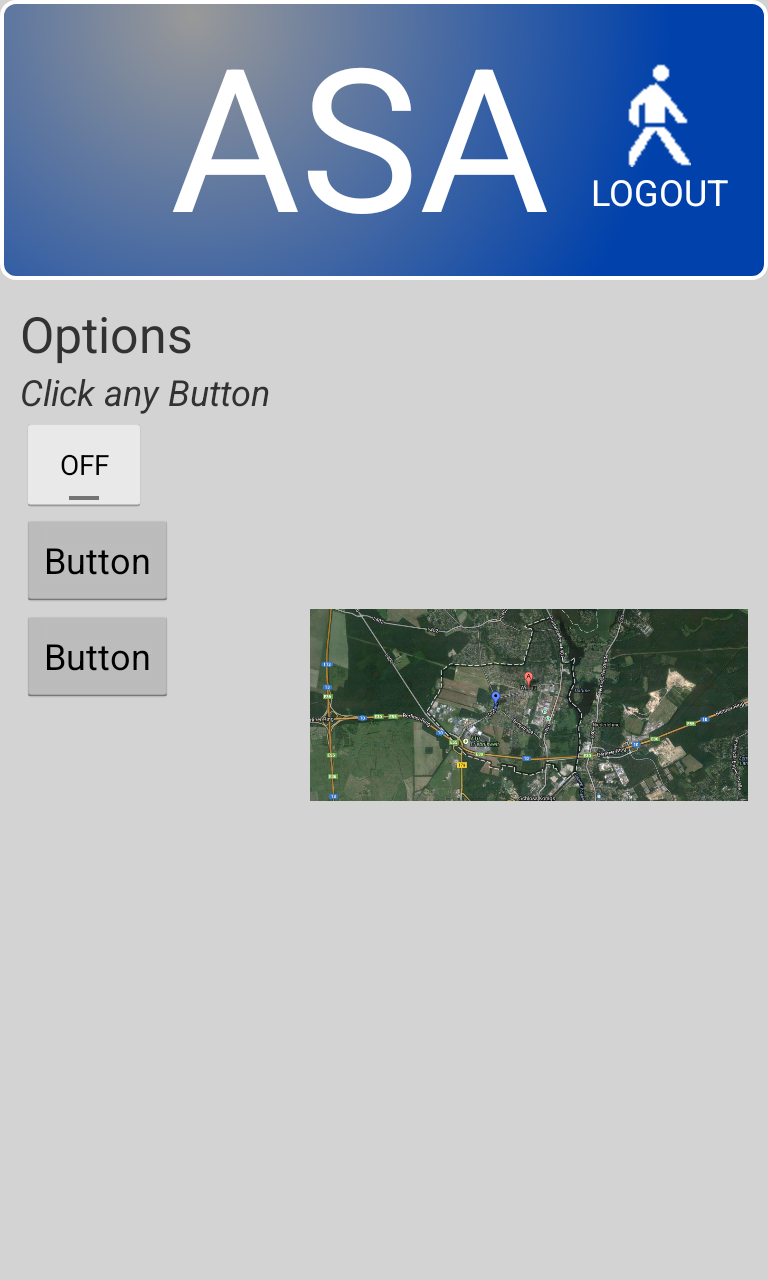
Repository: vinnare89/ASA
Layout: ASA/res/layout/asa_layout.xml
An editor plug-in stored every save of this project. The layout is shown before and after the next save, followed by the edit.
It is drawn on a 768 x 1280 px phone screen (xhdpi) without system bars, with theme AppTheme; the app's code is not run.

Above is the layout before, as saved 2013-12-15 15:23:15.

### ASA/res/layout/asa_layout.xml
<?xml version="1.0" encoding="utf-8"?>
<LinearLayout xmlns:android="http://schemas.android.com/apk/res/android"
    android:layout_width="match_parent"
    android:layout_height="match_parent"
    android:background="#d3d3d3"
    android:orientation="vertical" >

    <RelativeLayout
        android:layout_width="match_parent"
        android:layout_height="wrap_content"
        android:background="@drawable/asa_header_background" >

        <TextView
            android:id="@+id/asa_header"
            android:layout_width="match_parent"
            android:layout_height="wrap_content"
            android:gravity="center_vertical|center_horizontal"
            android:text="@string/app_name_italic"
            android:textColor="#FFF"
            android:textSize="100sp" />

        <Button
            android:id="@+id/asa_logout_button"
            android:layout_width="wrap_content"
            android:layout_height="wrap_content"
            android:layout_alignParentRight="true"
            android:layout_centerVertical="true"
            android:layout_margin="20dp"
            android:background="@android:color/transparent"
            android:drawableTop="@drawable/mensch_small"
            android:text="@string/main_menu_logout"
            android:textColor="#FFF" />

        <View
            android:layout_width="fill_parent"
            android:layout_height="140dp"
            android:layout_alignParentLeft="true"
            android:layout_alignParentTop="true"
            android:layout_below="@id/asa_logout_button"
            android:background="@android:color/transparent" />
    </RelativeLayout>

    <LinearLayout
        android:layout_width="fill_parent"
        android:layout_height="fill_parent"
        android:gravity="center_horizontal" >

        <LinearLayout
            android:layout_width="wrap_content"
            android:layout_height="fill_parent"
            android:layout_alignParentLeft="true"
            android:layout_margin="@dimen/asa_margin_top"
            android:orientation="vertical" >

            <TextView
                android:id="@+id/textView3"
                android:layout_width="wrap_content"
                android:layout_height="wrap_content"
                android:text="@string/asa_control_header"
                android:textSize="25sp" />

            <TextView
                android:id="@+id/textView4"
                android:layout_width="wrap_content"
                android:layout_height="wrap_content"
                android:text="@string/asa_control_subheader"
                android:textSize="18sp"
                android:textStyle="italic" />

            <ToggleButton
                android:id="@+id/toggleButton1"
                android:layout_width="wrap_content"
                android:layout_height="wrap_content"
                android:text="ToggleButton" />

            <Button
                android:id="@+id/button1"
                android:layout_width="wrap_content"
                android:layout_height="wrap_content"
                android:text="Button" />

            <Button
                android:id="@+id/button2"
                android:layout_width="wrap_content"
                android:layout_height="wrap_content"
                android:text="Button" />

            <LinearLayout
                android:id="@+id/control_room_layout_background"
                android:layout_width="fill_parent"
                android:layout_height="wrap_content"
                android:orientation="vertical" >

                <!-- PLACE MAP HERE -->

            </LinearLayout>
        </LinearLayout>

        <LinearLayout
            android:layout_width="match_parent"
            android:layout_height="fill_parent"
            android:layout_alignParentRight="true"
            android:layout_margin="@dimen/asa_margin_top"
            android:orientation="vertical" >

            <ImageView
                android:id="@+id/imageView1"
                android:layout_width="wrap_content"
                android:layout_height="wrap_content"
                android:src="@drawable/map_dummy" />

        </LinearLayout>
    </LinearLayout>

</LinearLayout>

### ASA/res/values/styles.xml
<resources xmlns:android="http://schemas.android.com/apk/res/android">

    <!--
        Base application theme, dependent on API level. This theme is replaced
        by AppBaseTheme from res/values-vXX/styles.xml on newer devices.
    -->
    <style name="AppBaseTheme" parent="android:Theme.Light">
        <!--
            Theme customizations available in newer API levels can go in
            res/values-vXX/styles.xml, while customizations related to
            backward-compatibility can go here.
        -->
    </style>

    <!-- Application theme. -->
    <style name="AppTheme" parent="AppBaseTheme">
        <!-- All customizations that are NOT specific to a particular API-level can go here. -->
        <item name="android:windowNoTitle">true</item>
    	<item name="android:windowFullscreen">true</item>
    </style>

    <style name="MainMenuButton" parent="@android:Theme.Light">
        <item name="android:layout_width">200px</item>
        <item name="android:layout_height">200px</item>
        <item name="android:textColor">#FFFFFF</item>
        <item name="android:textSize">25sp</item>
        <item name="android:background">@color/autobahn_blau</item>

        <item name="android:layout_margin">20dp</item>
    </style>

</resources>

### ASA/res/drawable/asa_header_background.xml
<?xml version="1.0" encoding="UTF-8"?>
<shape xmlns:android="http://schemas.android.com/apk/res/android"
     android:shape="rectangle">
     <stroke android:width="2dp" android:color="#FFFFFFFF" />
     <gradient android:layout_gravity="right" android:type="radial" android:gradientRadius="480"
        android:centerX="25%" android:centerY="5%"
        android:startColor="#999999" android:endColor="@color/autobahn_blau" />

    <corners android:bottomRightRadius="7dp" android:bottomLeftRadius="7dp"
     android:topLeftRadius="7dp" android:topRightRadius="7dp"/>
</shape>

### ASA/res/values/strings.xml
<?xml version="1.0" encoding="utf-8"?>
<resources>

    <string name="app_name">ASA</string>
    <string name="action_settings">Settings</string>
    <string name="hello_world">Hello world!</string>
    <string name="app_name_italic">ASA&#160;</string>

    <!-- Login Menu -->
    <string name="login_subheader">- Die Autofahrer Service App -</string>
    <string name="login_username">Username</string>
    <string name="login_password">Password</string>
    <string name="login_submit">Submit</string>

    <!-- Main Menu -->
    <string name="main_menu_lkw">LKW</string>
    <string name="main_menu_pkw">PKW</string>
    <string name="main_menu_bus">Bus</string>
    <string name="main_menu_alarm">Wecker</string>
    <string name="main_menu_activities">Aktivitäten</string>
    <string name="main_menu_information">Informationen</string>
    <string name="main_menu_logout">LOGOUT</string>

    <!-- Asa Activity -->
    <string name="asa_control_header">Options</string>
    <string name="asa_control_subheader">Click any Button</string>

</resources>

### ASA/res/values/color.xml
<?xml version="1.0" encoding="utf-8"?>
<resources>
    <color name="autobahn_blau">#0041AB</color>
</resources>

Loaded but not shown: ASA/res/values-v11/styles.xml (common file); ASA/res/values-v14/styles.xml (common file); ASA/res/values/dimens.xml (common file)

After the next save:
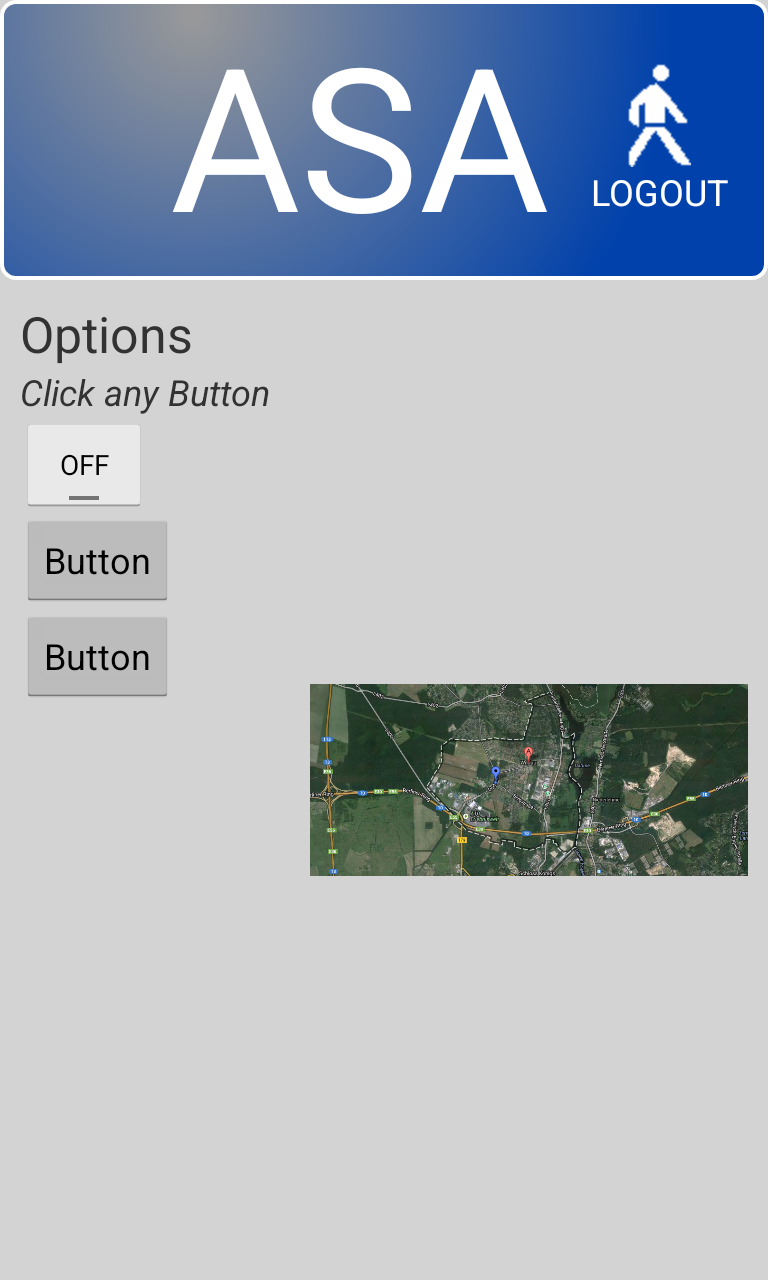
Saved 3 min 3 s later.
--- a/ASA/res/layout/asa_layout.xml
+++ b/ASA/res/layout/asa_layout.xml
@@ -105,8 +105,9 @@
 
             <ImageView
                 android:id="@+id/imageView1"
-                android:layout_width="wrap_content"
-                android:layout_height="wrap_content"
+                android:layout_width="match_parent"
+                android:layout_height="match_parent"
+                android:layout_gravity="right|center_vertical"
                 android:src="@drawable/map_dummy" />
 
         </LinearLayout>
